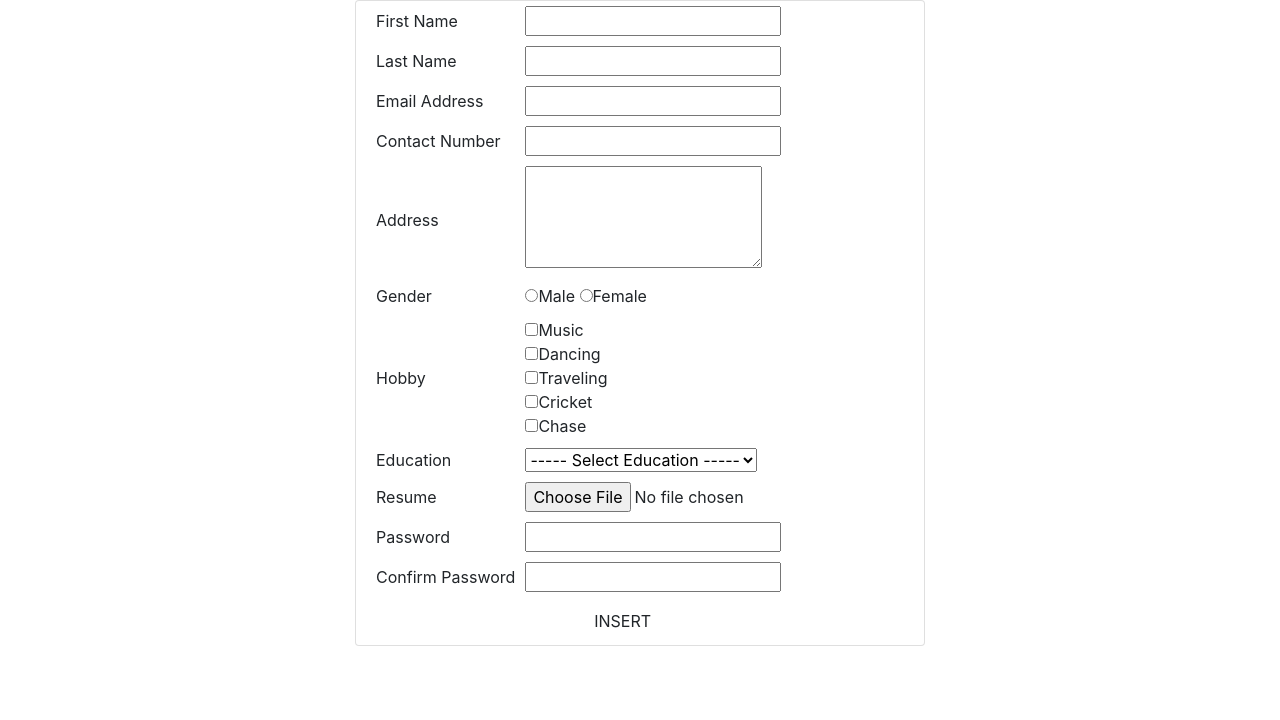
Repository: dhiren1618/OCT-JAVA-2023
Page: http://localhost/AdvancedJava/bootstrap.jsp
These files come from the project's save history. The page is drawn as it stood at one moment and after the next save; the edit follows.
The browser window is 1280 px wide. The pictures show the whole page.
The page is served by Tomcat 9.

Above is the page before, as saved 2024-06-15 10:50:48.

After the next save:
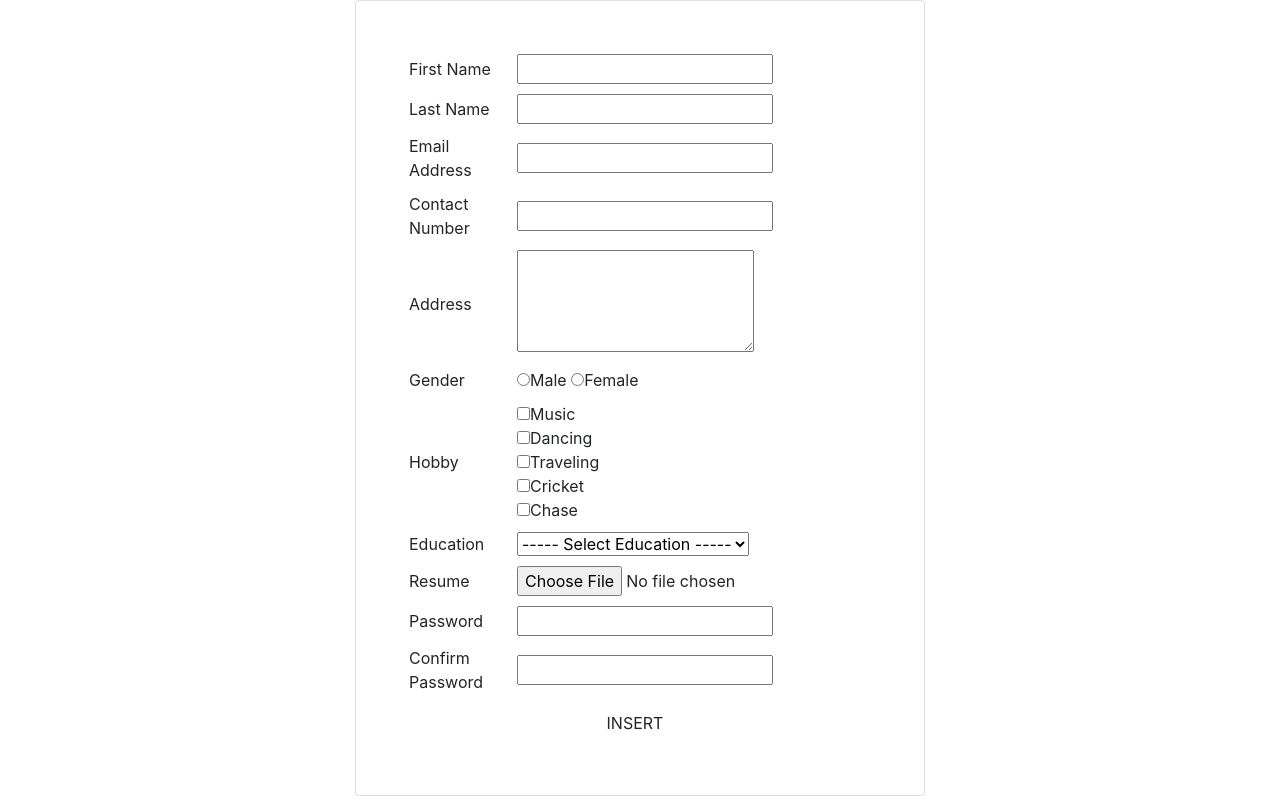
Saved 17 s later.
--- a/AdvancedJava/src/main/webapp/bootstrap.jsp
+++ b/AdvancedJava/src/main/webapp/bootstrap.jsp
@@ -17,7 +17,7 @@
 
 	<div class="container">
 		<div class="row">
-			<div class="col-md-6 m-auto card">
+			<div class="col-md-6 m-auto card p-5">
 	<form action="" method="post" name="insert">
 
 		<table cellspacing="5px" cellpadding="5px">
